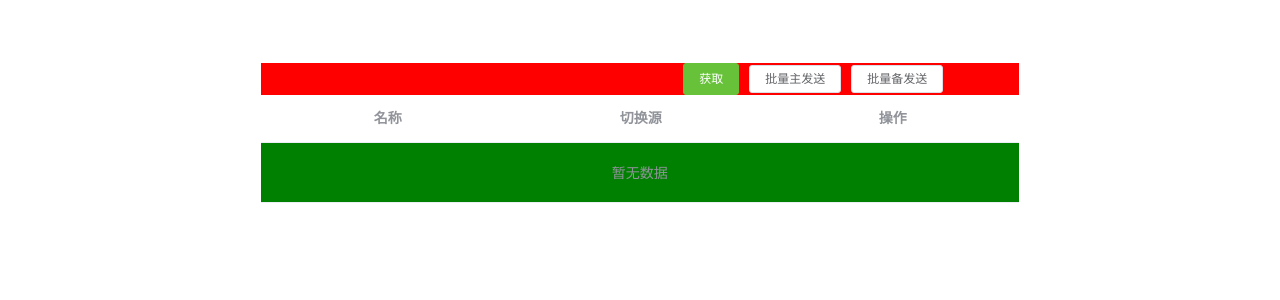
Repository: faintout/BHMQTTSendTool
Page: /
The author's editor kept a copy of each file at every save. The page is drawn from the files as they stood at one save, then again after the next save.
The browser window is 1280 px wide. The pictures show the whole page.
The project was rebuilt for these pictures with package versions that can differ from the ones it lists, and the page was loaded fresh each time. Also part of the build but not shown: vue.config.js.

Above is the page before, as saved 2020-09-03 13:59:23.

### public/index.html
<!DOCTYPE html>
<html lang="en">
  <head>
    <meta charset="utf-8">
    <meta http-equiv="X-UA-Compatible" content="IE=edge">
    <meta name="viewport" content="width=device-width,initial-scale=1.0">
    <link rel="stylesheet" href="">
    <title></title>
  </head>
  <body>
    <div id="app">

    </div>
    <!-- built files will be auto injected -->
  </body>
</html>

### src/main.js
import Vue from 'vue'
import App from './App.vue'
import router from './router'
import $ from 'jquery'
import ElementUi from 'element-ui'
import 'element-ui/lib/theme-chalk/index.css'
import 'element-ui/lib/theme-chalk/reset.css'

Vue.config.productionTip = false
Vue.use(ElementUi)
new Vue({
  router,
  render: h => h(App)
}).$mount('#app')

### src/router/index.js
import Vue from 'vue'
import VueRouter from 'vue-router'
import MqttSendTool from '../views/MqttSendTool.vue'

Vue.use(VueRouter)

  const routes = [
  {
    path: '/',
    name: 'MqttSendTool',
    component: MqttSendTool
  },
]

const router = new VueRouter({
  routes
})

export default router

### src/views/MqttSendTool.vue
<template>
    <div class="content">
        <title></title>
        <!-- 按钮模块 -->
        <div  class="content_title">
            <!-- <el-input style="display:inline-block;width:20%;right: 5%;" size="small" v-model="localIP"></el-input> -->
            <el-button type="success" size="small" @click="getAllMqttData">获取</el-button>
            <el-button size="mini" @click="batch(0)">批量主发送</el-button>
            <el-button size="mini" @click="batch(1)">批量备发送</el-button>
            <!-- <el-button type="success" size="small" @click="sendData()">发送</el-button> -->
        </div>
        <el-table v-loading="tableLoading" :data="tableData" class="el_table">
            >
            <el-table-column prop="name" label="名称" align='center'>
            </el-table-column>
            <el-table-column label="切换源" align='center'>
                <template slot-scope="scope">
                    <el-radio-group v-model="scope.row.switchStatus">
                        <el-radio :label="0" @click="scope.row.switchStatus = 0">主</el-radio>
                        <el-radio :label="1" @click="scope.row.switchStatus = 1">备</el-radio>
                    </el-radio-group>
                </template>
            </el-table-column>
            <el-table-column label="操作" align='center'>
                <template slot-scope="scope">
                    <el-button type="success" size="small" @click="changeData(scope.row)">编辑</el-button>
                    <el-button type="success" size="small" @click="sendData(scope.row)">发送</el-button>
                </template>
            </el-table-column>
        </el-table>
        <!-- 弹框 -->
        <el-dialog title="编辑" :visible.sync="dialogVisible" width="30%"  :close-on-click-modal = false>
            <el-input type="textarea" :rows="25" class="el_input" v-model="editTable"></el-input>
            <span slot="footer" class="dialog-footer">
                <el-button @click="dialogVisible = false">取 消</el-button>
                <el-button type="primary" @click="saveEdit">确 定</el-button>
            </span>
        </el-dialog>

    </div>
</template>

<script>
    //设置本地储存方法
    window.local = (key, value) => {
        return value ? localStorage.setItem(key, value) : localStorage.getItem(key)
    }
    export default {
        components: {},
        data() {
            return {
                dialogVisible: false,
                //本地IP
                localIP: '',
                //表格框加载
                tableLoading: false,
                tableData: [],
                editTable: '',
                editId: '',
                editswitchStatus: ''

            }
        },
        watch: {
            localIP(n, o) {
                local('localIP', n)
            }
        },
        computed: {

        },
        methods: {
            saveEdit() {
                this.dialogVisible = false
                let indicatorValue = this.editTable
                //保存
                console.log("修改名称", this.editList);
                let deviceId = this.editId
                let switchStatus = this.editswitchStatus
                let parmas = { indicatorValue, deviceId, switchStatus }
                $.ajax({
                    type: 'POST',
                    url: 'http://' + this.localIP + '/testData/setIndicatorValue',
                    data: parmas,
                    success: (data) => {
                        data.success && this.$message.success("修改数据成功！")
                    },
                    error: () => {
                        this.$message.error("数据获取失败，请检查IP地址！")
                    }
                })
            },
            changeData(value) {
                console.log(value);
                this.dialogVisible = true
                if (!value.switchStatus) {
                    //等于一
                    this.editTable = this.getFormatData(JSON.stringify(value.masterData))
                } else {
                    this.editTable = this.getFormatData(JSON.stringify(value.slaveData))
                }
                this.editId = value.id
                this.editswitchStatus = value.switchStatus
            },
            changeItem(item) {
                console.log('item', item);
            },
            changItemRadio(item) {
                console.log('itemzhixng ');
            },
            //获取所有数据
            getAllMqttData() {
                $.ajax({
                    type: 'POST',
                    url: 'http://' + this.localIP + '/testData/getDeviceListData',
                    success: (data) => {
                        if (data.data == []) {
                            this.$message.errot("获取数据为空！请确认数据是否存在")
                            return
                        }
                        this.tableData = data.data
                        data.success && this.$message.success("数据获取成功！")
                    },
                    error: () => {
                        this.$message.error("数据获取失败，请检查IP地址！")
                    }
                })
            },
            //数据处理
            dataProcessing() {

            },
            //批量设置
            /**
             * @type 0 主 1 备
             * @Date 2020-08-26 14:13:24
             */
            batch(type) {
                this.tableData.forEach(item => {
                    item.switchStatus = type ? 1 : 0
                })
                this.sendData()
            },
            //发送数据
            sendData(value) {
                this.tableLoading = true
                let data = value ? value : this.tableData
                console.log(data);
                let params = {
                    deviceIds: ''
                }
                if (data.length > 1) {
                    data.map(item => {
                        params.deviceIds += item.id + ','
                    })
                    params.deviceIds = params.deviceIds.substr(0, params.deviceIds.length - 1)
                    params.switchStatus = data[0].switchStatus
                } else {
                    params.deviceIds = data.id
                    params.switchStatus = data.switchStatus
                }
                console.log(params);
                // return
                $.ajax({
                    type: "POST",
                    url: 'http://' + this.localIP + '/testData/applySwitch',
                    data: params,
                    success: (data) => {
                        data.success && this.$message.success("数据发送成功！")
                        this.tableLoading = false
                    },
                    error: () => {

                    }
                })
                this.getAllMqttData()
            },
            //读取本地localIP
            getLocalIP() {
                this.localIP = local('localIP') != null ? local('localIP') : '172.17.35.23:24699'
                local('localIP') == null && local('localIP', '172.17.35.23:24699')
            },

            //方法
            repeat(s, count) {
                return new Array(count + 1).join(s)
            },
            formatJson(json) {
                var i = 0,
                    il = 0,
                    tab = "    ",
                    newJson = "",
                    indentLevel = 0,
                    inString = false,
                    currentChar = null;
                for (i = 0, il = json.length; i < il; i += 1) {
                    currentChar = json.charAt(i);
                    switch (currentChar) {
                        case '{':
                        case '[':
                            if (!inString) {
                                newJson += currentChar + "\n" + this.repeat(tab, indentLevel + 1);
                                indentLevel += 1
                            } else {
                                newJson += currentChar
                            }
                            break;
                        case '}':
                        case ']':
                            if (!inString) {
                                indentLevel -= 1;
                                newJson += "\n" + this.repeat(tab, indentLevel) + currentChar
                            } else {
                                newJson += currentChar
                            }
                            break;
                        case ',':
                            if (!inString) {
                                newJson += ",\n" + this.repeat(tab, indentLevel)
                            } else {
                                newJson += currentChar
                            }
                            break;
                        case ':':
                            if (!inString) {
                                newJson += ": "
                            } else {
                                newJson += currentChar
                            }
                            break;
                        case ' ':
                        case "\n":
                        case "\t":
                            if (inString) {
                                newJson += currentChar
                            }
                            break;
                        case '"':
                            if (i > 0 && json.charAt(i - 1) !== '\\') {
                                inString = !inString
                            }
                            newJson += currentChar;
                            break;
                        default:
                            newJson += currentChar;
                            break
                    }
                }
                return newJson
            },
            getFormatData(json) {
                var json = json + "";
                if (json.indexOf('{') == -1 && json.indexOf('[') == -1) {
                    return json;
                } else {
                    return (this.formatJson(json));
                }
            }

        },
        mounted() {
            console.log(local('localIP'), window);
            //读取本地IP
            this.getLocalIP()
            this.getAllMqttData()

        },
        created() {

        },
    }
</script>
<style lang="less" scoped>
    .content {
        width: 60%;
        background-color: red;
        margin: 5% auto;
        margin-bottom: 0;
    }

    .el_table {
        width: 100%;
        position: relative;
        background-color: green;

    }
    .content_title{
        text-align: right;
        margin-right: 10%;
    }

    input {
        height: 20rem;
    }
</style>

Loaded but not shown: src/App.vue (common file)

After the next save:
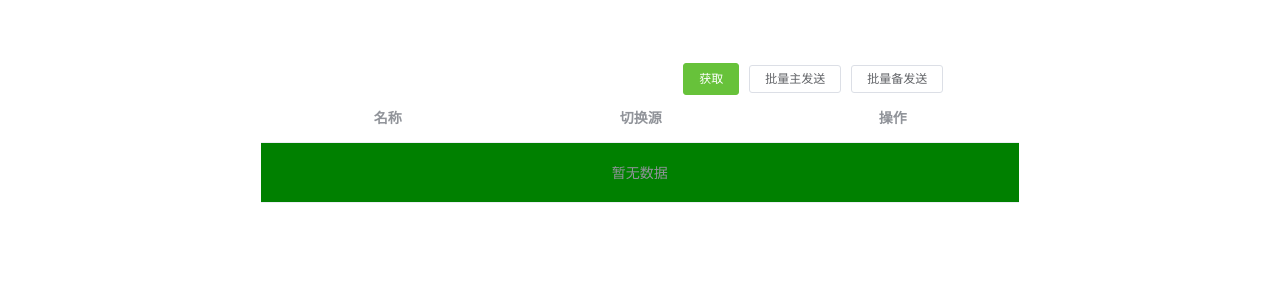
Saved 4 s later.
--- a/src/views/MqttSendTool.vue
+++ b/src/views/MqttSendTool.vue
@@ -273,7 +273,7 @@
 <style lang="less" scoped>
     .content {
         width: 60%;
-        background-color: red;
+        // background-color: red;
         margin: 5% auto;
         margin-bottom: 0;
     }
